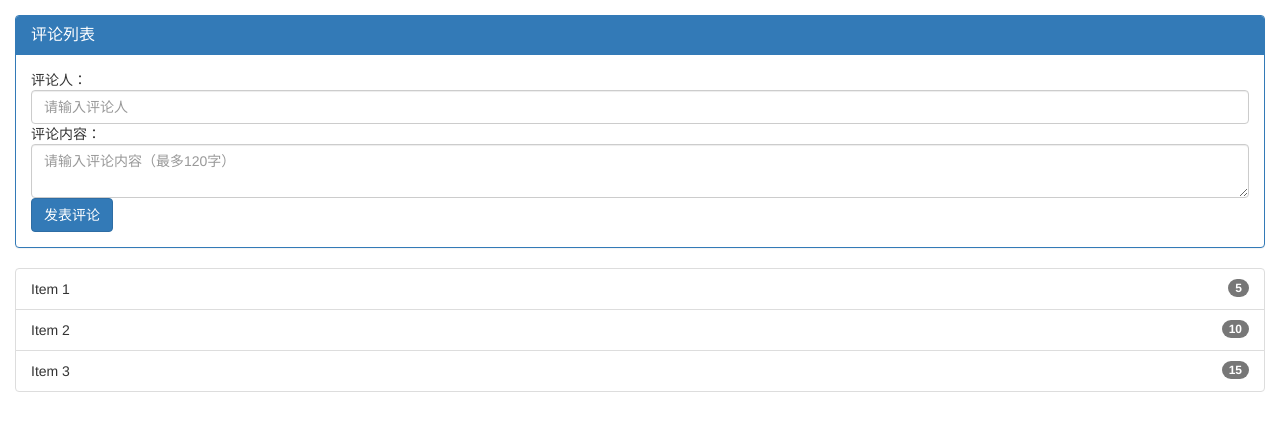
Repository: R1Deemo/ajax
Page: 评论列表.html
The author's editor kept a copy of each file at every save. The page is drawn from the files as they stood at one save, then again after the next save.
The browser window is 1280 px wide. The pictures show the whole page.

Above is the page before, as saved 2022-10-26 10:19:04.

### 评论列表.html
<!DOCTYPE html>
<html lang="en">

<head>
    <meta charset="UTF-8">
    <meta http-equiv="X-UA-Compatible" content="IE=edge">
    <meta name="viewport" content="width=device-width, initial-scale=1.0">
    <title>Document</title>
    <link rel="stylesheet" href="./lib/bootstrap.css" />
    <script src="./lib/jquery.js"></script>
</head>

<body style="padding: 15px;">
    <div>
        <!-- 评论面板 -->
        <div class="panel panel-primary">
            <div class="panel-heading">
                <h3 class="panel-title">评论列表</h3>
            </div>
            <div class="panel-body">

                <div>
                    <div>评论人：</div>
                    <input type="text" class="form-control" id="exampleInputAmount" placeholder="请输入评论人">
                </div>
                <div>
                    <div>评论内容：</div>
                    <textarea class="form-control" id="exampleInputAmount" placeholder="请输入评论内容（最多120字）"></textarea>
                </div>


                <button type="submit" class="btn btn-primary">发表评论</button>


            </div>
        </div>


        <!-- 评论列表 -->

        <ul class="list-group">
            <li class="list-group-item">
                <span class="badge">5</span> Item 1
            </li>
            <li class="list-group-item">
                <span class="badge">10</span> Item 2
            </li>
            <li class="list-group-item">
                <span class="badge">15</span> Item 3
            </li>
        </ul>


    </div>

</body>

</html>

Loaded but not shown: lib/bootstrap.css (library); lib/jquery.js (library)

After the next save:
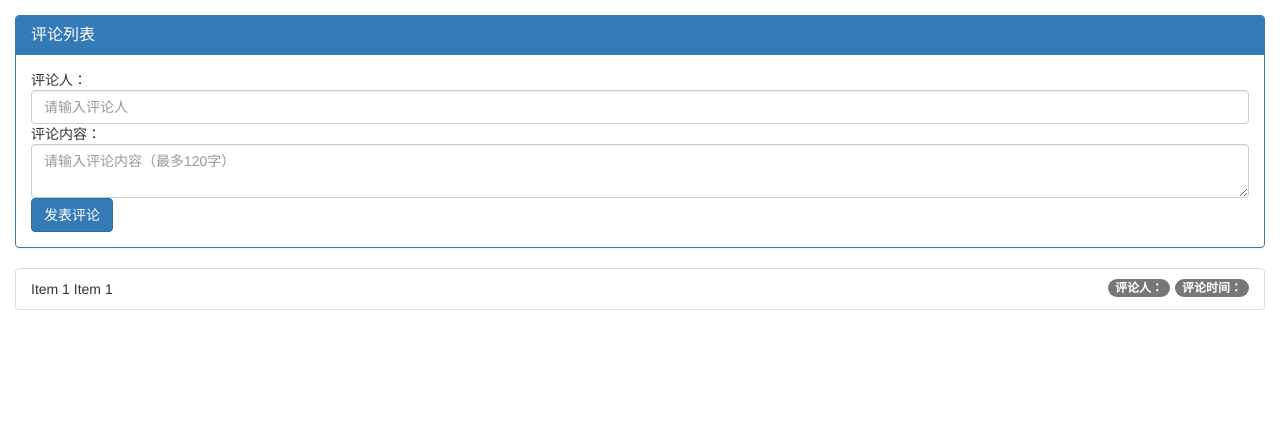
Saved 94 s later.
--- a/评论列表.html
+++ b/评论列表.html
@@ -40,14 +40,10 @@
 
         <ul class="list-group">
             <li class="list-group-item">
-                <span class="badge">5</span> Item 1
+                <span class="badge">评论时间：</span> Item 1
+                <span class="badge">评论人：</span> Item 1
             </li>
-            <li class="list-group-item">
-                <span class="badge">10</span> Item 2
-            </li>
-            <li class="list-group-item">
-                <span class="badge">15</span> Item 3
-            </li>
+
         </ul>
 
 
